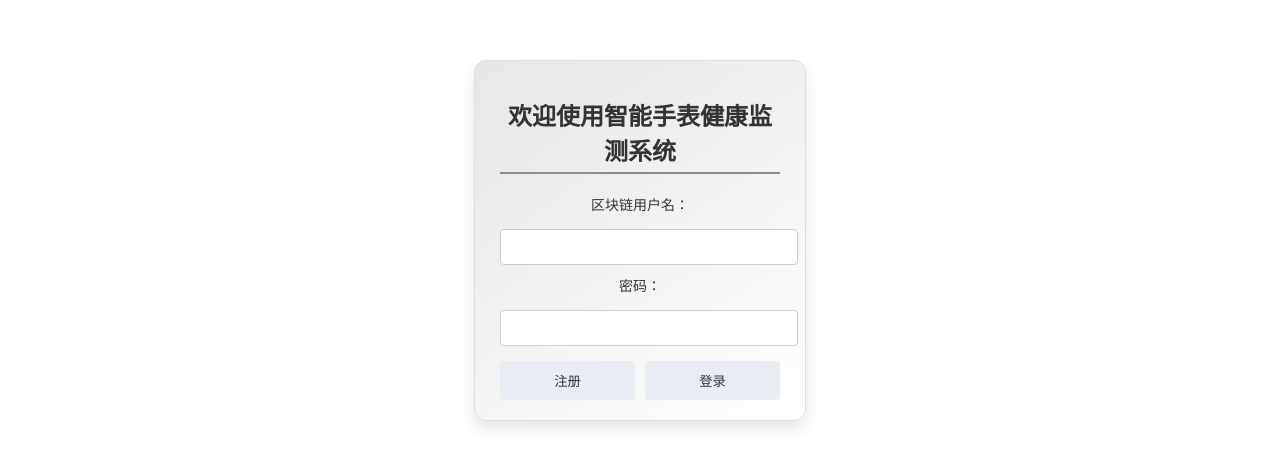
Repository: hyperion0831/The-management-of-IoT-data-sharing-based-on-blockchain
Page: / (app in Dz/frontend/)
The author's editor kept a copy of each file at every save. The page is drawn from the files as they stood at one save, then again after the next save.
The browser window is 1280 px wide. The pictures show the whole page.
The project was rebuilt for these pictures with package versions that can differ from the ones it lists, and the page was loaded fresh each time. Also part of the build but not shown: Dz/frontend/vue.config.js, Dz/frontend/src/components/dashboard/DataUploadAndExport.vue, Dz/frontend/src/components/dashboard/RealTimeMonitoring.vue, Dz/frontend/src/components/dashboard/DataAnalysis.vue, Dz/frontend/src/components/dashboard/AppSettings.vue, Dz/frontend/src/components/DataDashBoard.vue.

Above is the page before, as saved 2024-11-12 00:15:31.

After the next save:
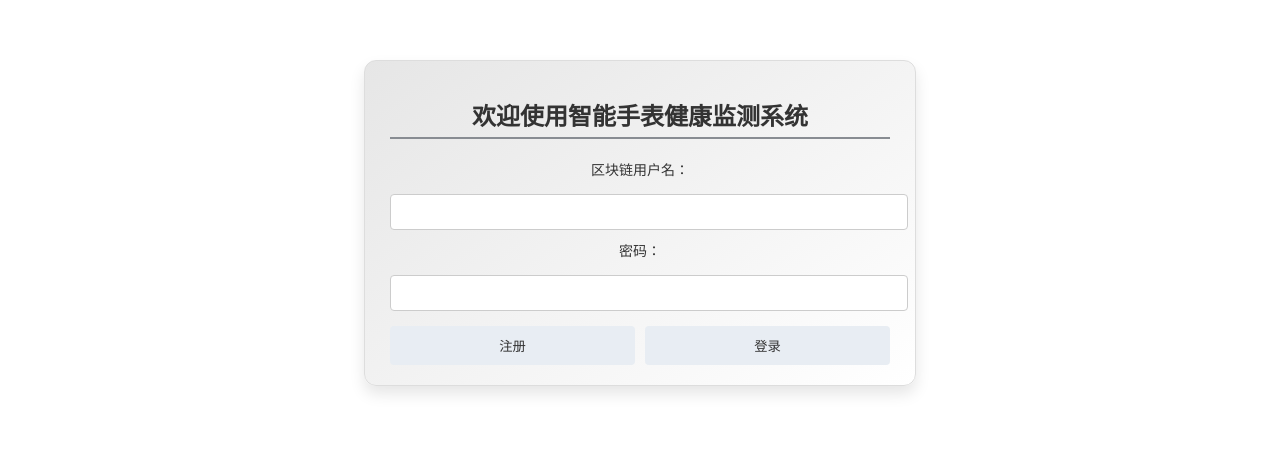
Saved 15 s later.
--- a/Dz/frontend/src/components/LoginForm.vue
+++ b/Dz/frontend/src/components/LoginForm.vue
@@ -256,7 +256,7 @@
 
   <style scoped>
   .loginform {
-    width: 280px; /* 调整宽度，使其不那么大 */
+    width: 500px; /* 调整宽度，使其不那么大 */
     padding: 20px 25px; /* 调整内边距 */
     margin: 50px auto; /* 居中，并与顶部有一定距离 */
     background: linear-gradient(145deg, #e6e6e6, #ffffff); /* 添加渐变背景 */
